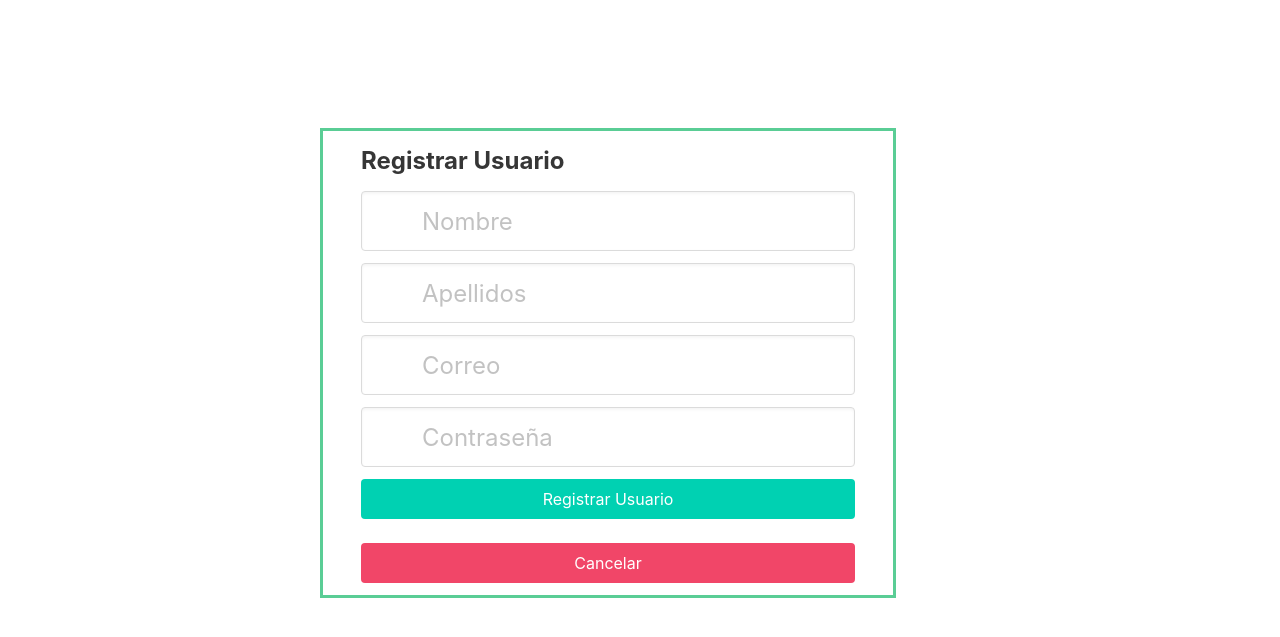
Repository: Spawnbig/ProyectoEspTec1
Page: /
These files come from the project's save history. The page is drawn as it stood at one moment and after the next save; the edit follows.
The browser window is 1280 px wide. The pictures show the whole page.
The project was rebuilt for these pictures with package versions that can differ from the ones it lists, and the page was loaded fresh each time. Also part of the build but not shown: vite.config.js, src/views/Dashboard.vue.

Above is the page before, as saved 2022-07-08 22:07:40.

### src/main.js
import { createApp } from 'vue'
import { createPinia } from 'pinia'
import App from './App.vue'
import router from './router'



const app = createApp(App)

app.use(createPinia())
app.use(router)

app.mount('#app')

### src/App.vue

<template>
  <RouterView />
</template>

<script>
export default{

}
</script>


<style>
@import "https://cdn.jsdelivr.net/npm/bulma@0.9.4/css/bulma.min.css";


</style>

### src/router/index.js
import { createRouter, createWebHistory } from 'vue-router'
import HomeView from '../views/HomeView.vue'
import Dashboard from '../views/Dashboard.vue'

const router = createRouter({
  history: createWebHistory(import.meta.env.BASE_URL),
  routes: [
    {
      path: '/',
      name: 'home',
      component: HomeView
    },
    {
      path: '/dashboard',
      name: 'dashboard',
      // route level code-splitting
      // this generates a separate chunk (About.[hash].js) for this route
      // which is lazy-loaded when the route is visited.
      component: Dashboard
    }
  ]
})

export default router

### src/views/HomeView.vue
<template>
  <CrearUsuario/>
</template>

<script >
import CrearUsuario from "../components/CrearUsuario.vue";

export default {
components:{CrearUsuario}
}

</script>


<style scoped>

</style>

### src/components/CrearUsuario.vue
<template>
<div id="Cuerpo" class="column is-offset-one-quarter">
<div class="field">
  <label class="label is-large">Registrar Usuario</label>
  <div class="control has-icons-left has-icons-right">
    <input class="input is-large" type="email" placeholder="Nombre">
    <span class="icon is-small is-left">
      <i class="fas fa-envelope fa-xs"></i>
    </span>
    <span class="icon is-small is-right">
      <i class="fas fa-check fa-xs"></i>
    </span>
  </div>
</div>

<div class="field">
  <div class="control has-icons-left has-icons-right">
    <input class="input is-large" type="email" placeholder="Apellidos">
    <span class="icon is-left">
      <i class="fas fa-envelope fa-sm"></i>
    </span>
    <span class="icon is-right">
      <i class="fas fa-check fa-sm"></i>
    </span>
  </div>
</div>

<div class="field">
  <div class="control has-icons-left has-icons-right">
    <input class="input is-large" type="email" placeholder="Correo">
    <span class="icon is-large is-left">
      <i class="fas fa-envelope"></i>
    </span>
    <span class="icon is-large is-right">
      <i class="fas fa-check"></i>
    </span>
  </div>
</div>

<div class="field">
  <div class="control has-icons-left has-icons-right">
    <input class="input is-large" type="email" placeholder="Contraseña">
    <span class="icon is-medium is-left">
      <i class="fas fa-envelope fa-lg"></i>
    </span>
    <span class="icon is-medium is-right">
      <i class="fas fa-check fa-lg"></i>
    </span>
  </div>
</div>
<button class="button is-primary">Registrar Usuario</button>
<br>
 <button class="button is-danger">Cancelar</button>
</div>

</template>

<script>

export default {

}






</script>

<style scoped>
#Cuerpo{
  margin-top: 10%;
  margin-right: 30%;
   display: grid;
  place-content: center;
  border-style: solid;
  border-color:#5acd95;


}
</style>

Loaded but not shown: index.html (common file)

After the next save:
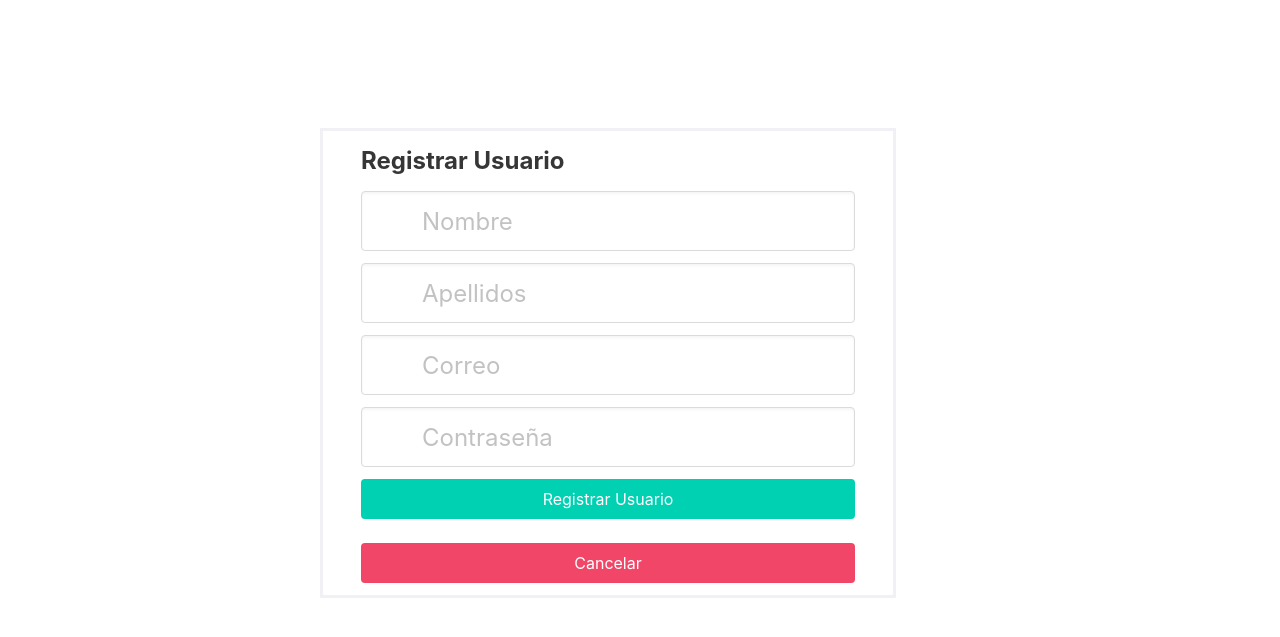
Saved 80 s later.
--- a/src/components/CrearUsuario.vue
+++ b/src/components/CrearUsuario.vue
@@ -75,7 +75,8 @@
    display: grid;
   place-content: center;
   border-style: solid;
-  border-color:#5acd95;
+  border-color:#f0f0f5;
+  background-color: ;
 
 
 }
